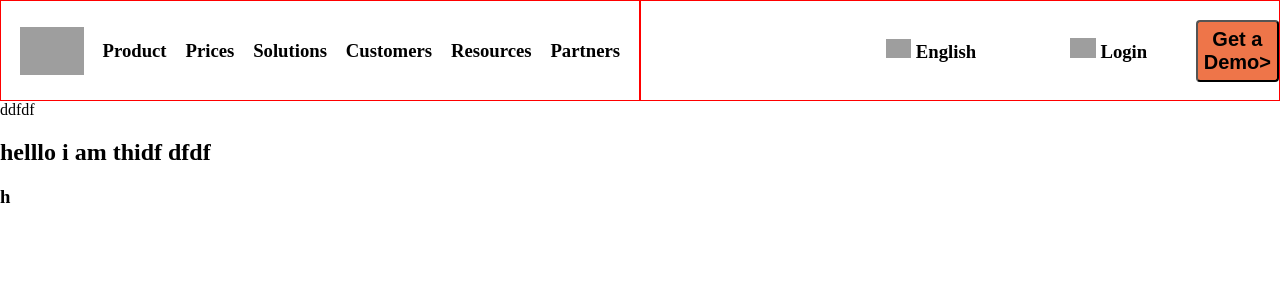
Repository: HANUMAT-SHARAN/Charge-Bee
Page: HTML/navbar.html
These files come from the project's save history. The page is drawn as it stood at one moment and after the next save; the edit follows.
The browser window is 1280 px wide. The pictures show the whole page.
Pictures or frames that could not be fetched are drawn as grey boxes.

Above is the page before, as saved 2022-11-08 20:13:13.

### HTML/navbar.html
<!DOCTYPE html>
<html lang="en">
  <head>
    <meta charset="UTF-8" />
    <meta http-equiv="X-UA-Compatible" content="IE=edge" />
    <meta name="viewport" content="width=device-width, initial-scale=1.0" />
    <title>Navbar</title>
    <link rel="stylesheet" href="../STYLE/navbar.css" />
  </head>
  <body>
    <div id="navbar">
      <div>
        <img id="logo" src="https://bit.ly/3NLP7iX" alt="" />
        <h3 id="prohover">Product</h3>
        <h3 id="prices">Prices</h3>
        <h3>Solutions</h3>
        <h3>Customers</h3>
        <h3>Resources</h3>
        <h3>Partners</h3>
      </div>

      <div>
        <h3>
          <img
            id="globe"
            src="https://cdn1.iconfinder.com/data/icons/approval-red/64/INTERNET-check_sign-approved-globe-done-64.png"
            alt=""
          />
          English
        </h3>
        <h3>
          <img
            id="lock"
            src="https://cdn0.iconfinder.com/data/icons/security-double-color-red-and-black-vol-3/53/security__lock__private__protect-64.png"
            alt=""
          />
          Login
        </h3>
        <h3><button id="getdemo">Get a Demo></button></h3>
      </div>
    </div>

    <div id="product">
      <div>
        <h3>Subscription Management</h3>
        <h4>Overview</h4>
        <h4>Create & Manage Plans</h4>
        <h4>Entiltements</h4>
        <h4>Pricing Management</h4>
        <h4>Handle Trial Subscriptions</h4>
        <h4>Customer Self-service Portal</h4>
        <h4>Mobile Solutions</h4>
      </div>
      <div>
        <h3>Billing Automation</h3>
        <h4>Overview</h4>
        <h4>Usage Based Billing</h4>
        <h4>Invoicing Automation</h4>
        <h4>Quotes</h4>
        <h4>Proration</h4>
      </div>
      <div>
        <h3>Recurring Payments</h3>
        <h4>Overview</h4>
        <h4>Multiple Payment Methods</h4>
        <h4>Multiple Payment Gateways</h4>
        <h4>Smart Dunning</h4>
        <h4>Chargeback Management</h4>
        <h4>Checkout Experience</h4>
        <h4>Receivables</h4>
      </div>
      <div>
        <h3>Accounting & Taxes</h3>

        <h4>Overview</h4>
        <h4>Revenue Recognition</h4>
        <h4>Manage Sales Tax</h4>
        <h4>One-Click Reconciliation</h4>
        <h3>Reporting & Analytics</h3>
        <h4>Overview</h4>
        <h4>Deferred Revenue Reporting</h4>
      </div>
      <div>
        <h3>Customer Retention</h3>
        <h4>Tackle churn</h4>
        <h4>Retention Toolbox</h4>
        <h4>Billing + Retention</h4>
      </div>
      <div id="second">
        <h4>Supports:</h4>
        <h4>Preferred Partners</h4>
        <h4>
          Stripe, Paypal, Braintree, Checkout.com, GoCardless, and 27 other
          payment gateways.
        </h4>
        <h4>
          Seamless integration with Xero, QuickBooks, Zendesk, Salesforce + 18
          more.
        </h4>
        <h4>Explore all features</h4>
      </div>
    </div>
    <div id="one" >
      ddfdf
      <h2>helllo i am thidf dfdf</h2>

        <h3>h</h3>
    </div>
  </body>
</html>
<script src="../JS/nav.js"></script>

### STYLE/navbar.css
#navbar{
    display:grid;
grid-template-columns: repeat(2,1fr);
display: fixed;


}
body{
    margin:0px;
    padding:0px;
}
#logo{
    width:10%;
}
#navbar>div{
    border:1px solid red;
    display:flex;
    justify-content: space-evenly;
    align-items: center;

}
#navbar>:nth-child(2){


    justify-content: space-evenly;
    align-items: center;
    text-align: center;

    padding-left: 200px;

}
#lock{
    width:15%;
}
#globe{
width: 14%;;
}
#getdemo{
    background-color: #ee7549;

    font-size: 20px;
    padding:6px;
    font-weight: bold;
    border-radius:4px;
}
#product{
    border:1px solid red;
    display:grid;
    transition: 0.4ms;
    grid-template-columns: repeat(5,1fr);
    display: none;
  background-color: rgb(41, 40, 40);
    display:absolute;


}
#product h4{
    color:#5c29e9
}
#product>div{

align-items: center;
padding-left: 50px;
padding-top:20px;
}
#second{
    width: 300px;
   line-height: 25px;
}

### JS/nav.js
let prohover=document.querySelector("#prohover")
let pro=document.querySelector("#product")
let prices=document.querySelector("#prices")
prohover.onmouseover=()=>{
    pro.style.display="block"
    pro.style.transition="0.10ms"
    pro.style.display="grid"


}
prices.onmouseover=()=>{
    pro.style.display="none"

}
pro.onmouseover=()=>{
    pro.style.display="block"
    pro.style.transition="0.10ms"
    pro.style.display="grid"
}
pro.onmouseout=()=>{
    pro.style.display="none"
}
// prohover.onmouseout=()=>{

//     pro.style.display="none"

// }

After the next save:
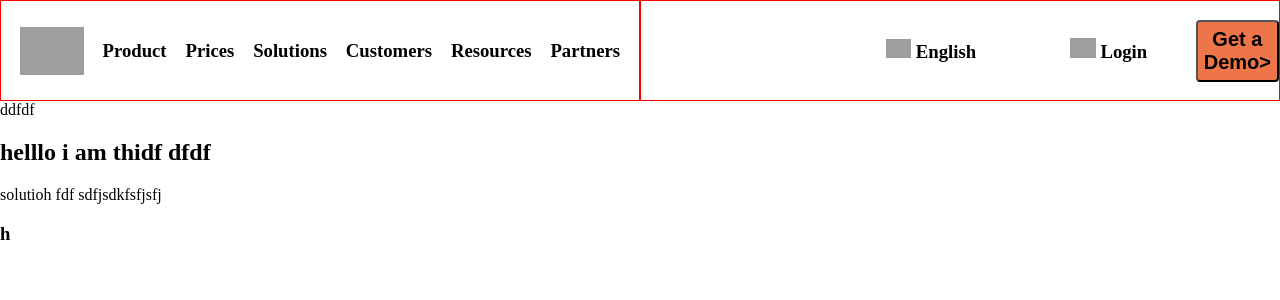
Saved 9 s later.
--- a/HTML/navbar.html
+++ b/HTML/navbar.html
@@ -103,7 +103,7 @@
     <div id="one" >
       ddfdf
       <h2>helllo i am thidf dfdf</h2>
-
+      solutioh fdf sdfjsdkfsfjsfj
         <h3>h</h3>
     </div>
   </body>
